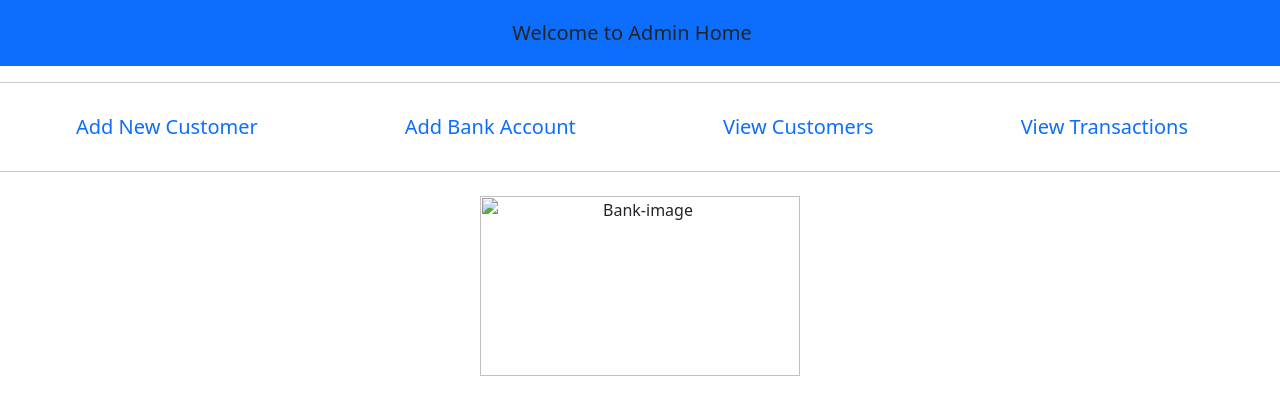
Repository: RMVLajaykumar/monojavaee
Page: http://localhost/13-bankapplication-demo/admin.jsp
The author's editor kept a copy of each file at every save. The page is drawn from the files as they stood at one save, then again after the next save.
The browser window is 1280 px wide. The pictures show the whole page.
The page is served by Tomcat 9. Nobody is signed in. The application's start-up code is not run. Other server files are loaded and not shown.

Above is the page before, as saved 2024-07-19 17:49:19.

### 13-bankapplication-demo/WebContent/admin.jsp
<%@ page language="java" contentType="text/html; charset=ISO-8859-1"
    pageEncoding="ISO-8859-1"%>
<%@ taglib uri="http://java.sun.com/jsp/jstl/core" prefix="c"%>
<%@ taglib uri="http://java.sun.com/jsp/jstl/functions" prefix="fn"%>
<link href="https://cdn.jsdelivr.net/npm/bootstrap@5.0.2/dist/css/bootstrap.min.css" rel="stylesheet"
  integrity="sha384-EVSTQN3/azprG1Anm3QDgpJLIm9Nao0Yz1ztcQTwFspd3yD65VohhpuuCOmLASjC" crossorigin="anonymous">
<script src="https://cdn.jsdelivr.net/npm/bootstrap@5.0.2/dist/js/bootstrap.bundle.min.js"
  integrity="sha384-MrcW6ZMFYlzcLA8Nl+NtUVF0sA7MsXsP1UyJoMp4YLEuNSfAP+JcXn/tWtIaxVXM" crossorigin="anonymous"></script>
<!DOCTYPE html>
<html>
<head>
<meta charset="ISO-8859-1">
<title>Insert title here</title>
</head>
<body>

  <nav class="navbar bg-primary">
    <div
      class="container-fluid d-flex justify-content-center align-items-center">
      <h1 class="navbar-brand my-2">Welcome to Admin Home</h1>
    </div>
  </nav>

  <hr />

  <nav class="navbar navbar-expand-lg bg-white px-5">
    <div class="container-fluid">
      <a class="navbar-brand nav-link" href="add-new-customer.jsp">Add New Customer</a> <a
        class="navbar-brand nav-link" href="add-bank-account.jsp">Add Bank Account</a> <a
        class="navbar-brand nav-link" href="view-customers.jsp">View Customers</a> <a
        class="navbar-brand nav-link" href="view-transactions.jsp">View Transactions</a>
    </div>
  </nav>
  <hr>

  <div class="text-center mt-4">
    <img
      src=""
      class="rounded img-fluid" alt="Bank-image" width="50%" />
  </div>


</body>
</html>

After the next save:
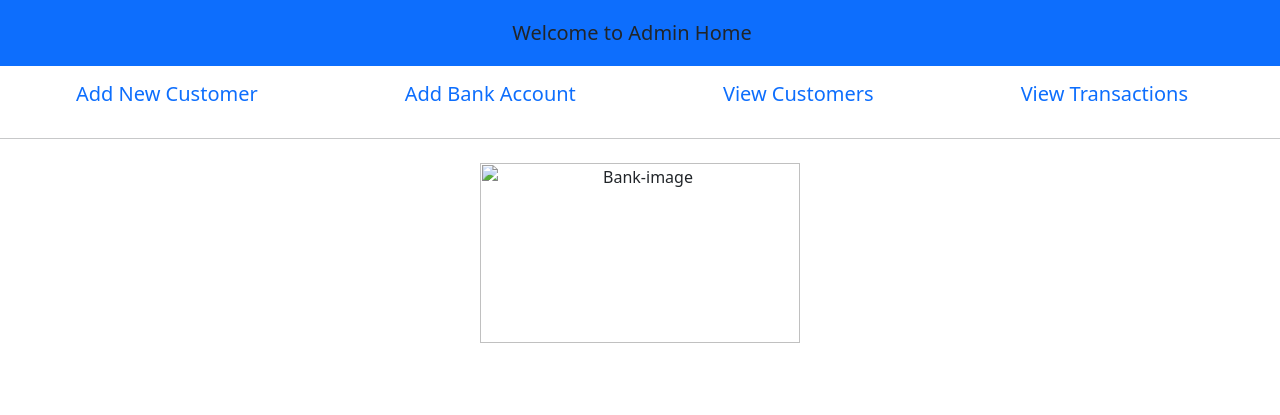
Saved 13 s later.
--- a/13-bankapplication-demo/WebContent/admin.jsp
+++ b/13-bankapplication-demo/WebContent/admin.jsp
@@ -21,7 +21,7 @@
     </div>
   </nav>
 
-  <hr />
+
 
   <nav class="navbar navbar-expand-lg bg-white px-5">
     <div class="container-fluid">
